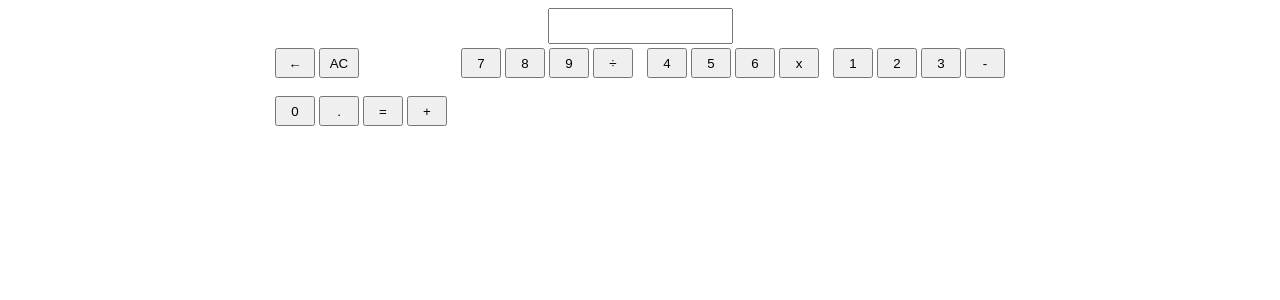
Repository: z1youRA/MyCalculator
Page: index.html
These files come from the project's save history. The page is drawn as it stood at one moment and after the next save; the edit follows.
The browser window is 1280 px wide. The pictures show the whole page.

Above is the page before, as saved 2021-12-19 17:18:42.

### index.html
<!DOCTYPE html>
<html lang="en">
<head>
    <meta charset="UTF-8">
    <meta http-equiv="X-UA-Compatible" content="IE=edge">
    <meta name="viewport" content="width=device-width, initial-scale=1.0">
    <title>Document</title>
    <link rel='stylesheet' href='./css/styles.css'>
</head>
<body>
    <div class='container'>
        <input type='text'>
        <div class='buttons'>
            <div class='first-row row'>
                <button class='back'>←</button>
                <button class='clear'>AC</button>
            </div>
            <div class='second-row row'>
                <button class='num'>7</button>
                <button class='num'>8</button>
                <button class='num'>9</button>
                <button class='ope'>÷</button>
            </div>
            <div class='third-row row'>
                <button class='num'>4</button>
                <button class='num'>5</button>
                <button class='num'>6</button>
                <button class='ope'>x</button>
            </div>
            <div class='fourth-row row'>
                <button class='num'>1</button>
                <button class='num'>2</button>
                <button class='num'>3</button>
                <button class='ope'>-</button>
            </div>
            <div class='fifth-row row'>
                <button class='num'>0</button>
                <button class='num point'>.</button>
                <button class='calcu'>=</button>
                <button class='ope'>+</button>
            </div>
        </div>
    </div>

</body>
<script src='script.js'>
</script>
</html>

### css/styles.css
.container {
    display: flex;
    align-items: center;
    justify-content: center;
    flex-direction: column;
}

input {
    height: 30px;
}



.buttons {
    display: grid;
    grid-template-columns: repeat(4, 1fr);
    grid-gap: 10px;
}

.row {
    margin:4px 2px;
}


button {
    height: 30px;
    width: 40px;
}

### script.js
function add(num1, num2) {
    return +num1 + +num2;
}

function subtract(num1, num2) {
    return +num1 - +num2;
}

function multiply(num1, num2) {
    return +num1 * +num2;
}

function divide(num1, num2) {
    return +num1 / +num2;
}

function operate() {
    if(operator === '+') {
        result = add(num1, num2);
    }
    if(operator === '-') {
        result = subtract(num1, num2);
    }
    if(operator === '*'|| operator === 'x') {
        result = multiply(num1, num2);
    }
    if(operator === '/'|| operator === '÷') {
        if(num2 == 0) {
            clear()
            input.value = 'ERROR';
            return;
        }
        result = divide(num1, num2);
    }
    input.value = Math.round(result * 100000) / 100000;

}

function clear() {
    input.value = '';
    num1 = '';
    num2 = '';
    operator = '';
    result = '';
    flag = 0;
    pointFlag = 0;
}

function inputNum() {
    if(flag === 1 && num2 === '') { //clear the screen when input the second operand.
        input.value = '';
    }
    const number = this.textContent;
    if(number === '.') {
        if(pointFlag === 1) {
            return;
        }
        pointFlag = 1;
    }
    input.value += number;
    if(flag === 0) {
        num1 += number;
    }
    else
        num2 += number;
}

function inputOperator() {
    if(num1 !== '' && num2 !== '' && operator !== '') { //if user didn't press the = button each time.
        operate();
    }
    if(result != '') { //for a second successive operation
        num1 = result;
        num2 = '';
    }
    operator = this.textContent;
    flag = 1;
    pointFlag = 0;
}

function back() {
    if(flag === 0 && num1.length > 0) {
        num1 = num1.slice(0, num1.length - 1);
        input.value = num1;
    }
    else if(flag === 1 && num2.length > 0){
        num2 = num2.slice(0, num2.length - 1);
        input.value = num2;
    }
}

let flag = 0; //if num1 exists flag == 1
let num1 = '';
let num2 = '';
let operator = '';
let result = '';
let pointFlag = 0;

const input = document.querySelector('input');
const nums = document.querySelectorAll('button.num'); //select all buttons representing numbers
const operators = document.querySelectorAll('button.ope');
const calcu = document.querySelector('.calcu');
const clr = document.querySelector('.clear');
const backspace = document.querySelector('.back');

backspace.addEventListener('click', back);
clr.addEventListener('click', clear);
calcu.addEventListener('click', operate);
nums.forEach(num => {
    num.addEventListener('click', inputNum)
})

operators.forEach(ope => {
    ope.addEventListener('click', inputOperator);
})

After the next save:
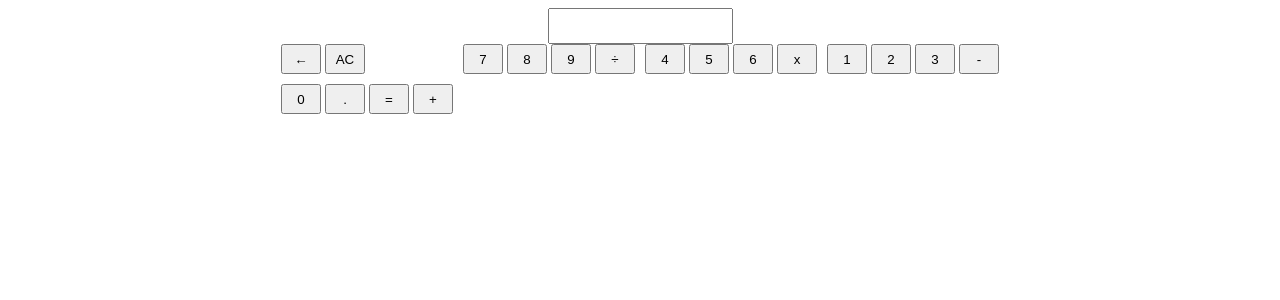
Saved 12 s later.
--- a/css/styles.css
+++ b/css/styles.css
@@ -17,9 +17,6 @@ input {
     grid-gap: 10px;
 }
 
-.row {
-    margin:4px 2px;
-}
 
 
 button {
